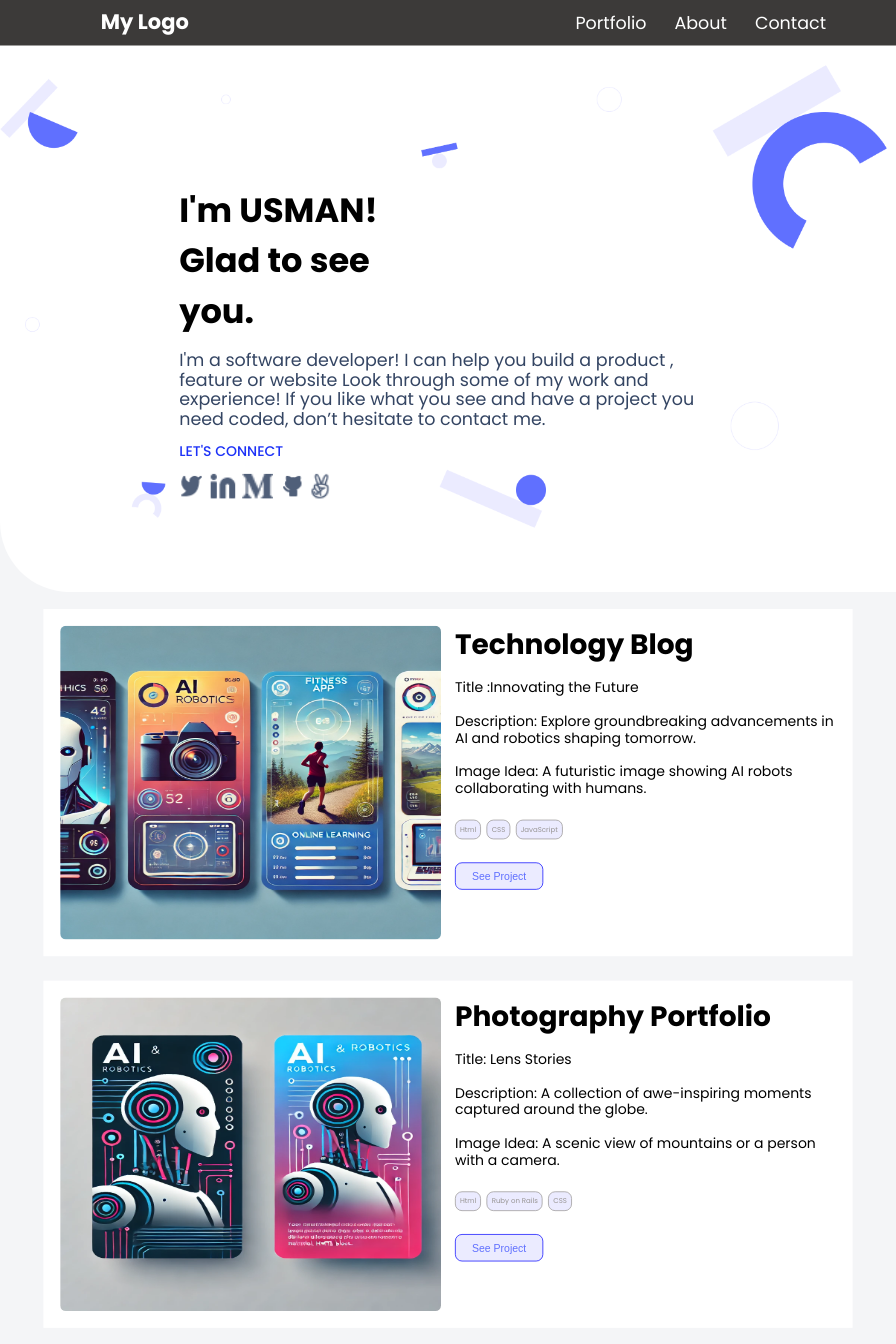
Repository: usman3123/portfolio-template-3
Page: index.html
An editor plug-in stored every save of this project. The page is shown before and after the next save, followed by the edit.
The browser window is 1280 px wide. The pictures show the part of the page from y = 0 to 1920 px (the page is 4307 px tall), at 70% of full size.
Some web libraries are served in a nearby version.

Above is the page before, as saved 2025-03-13 09:43:31.

After the next save:
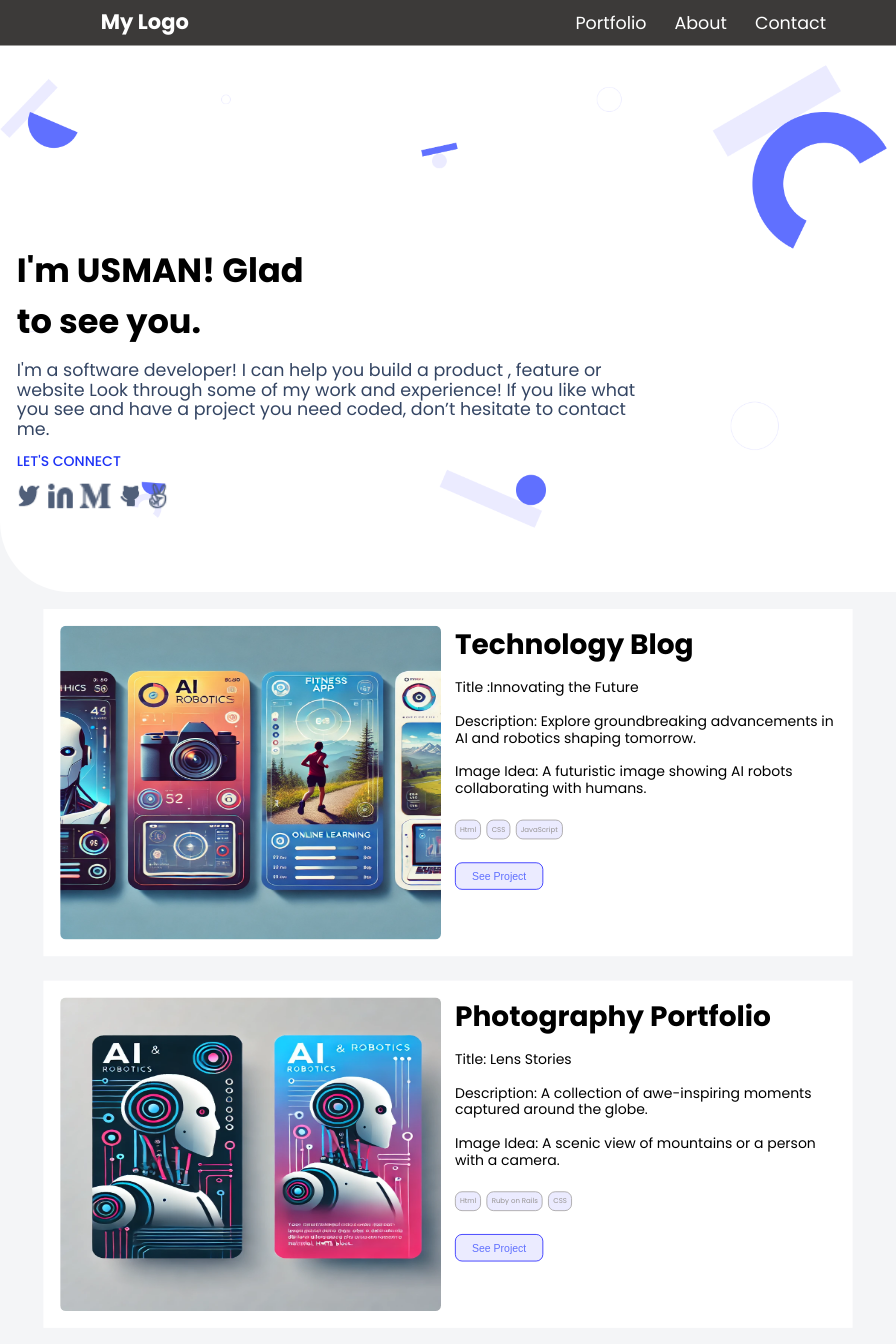
Saved 2 min 38 s later.
--- a/style.css
+++ b/style.css
@@ -118,7 +118,8 @@ bottom: 2500px;
     height: 846px;
     align-items: center;
     justify-content: center;
-    padding-left: 20%;
+    /* padding-left: 20%; */
+    padding: 6.25em 1.5em 0 1.5em
 }
 .hero-content {
     flex-direction: column;

After the save that followed:
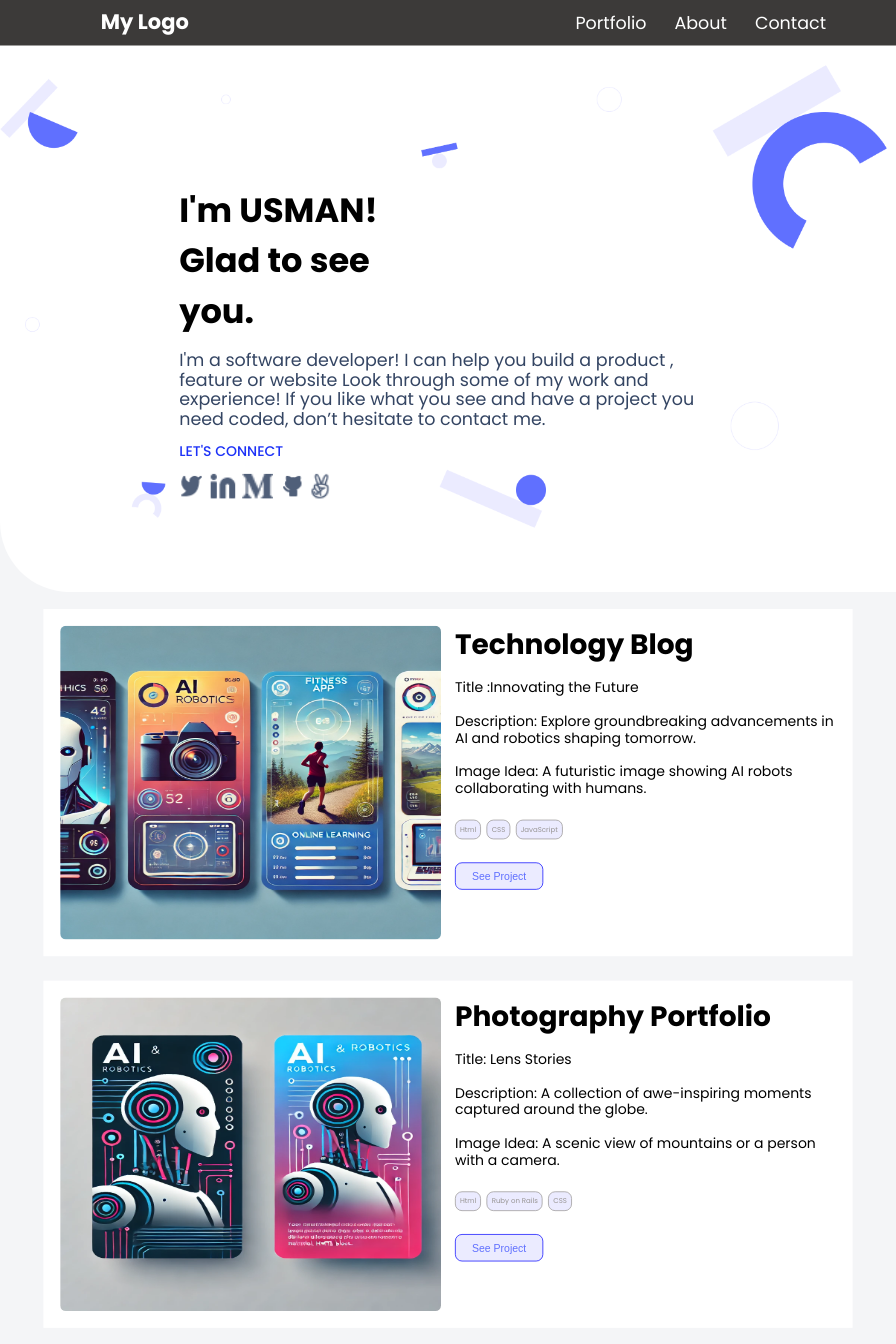
Saved 4 min 19 s later.
--- a/style.css
+++ b/style.css
@@ -118,8 +118,7 @@ bottom: 2500px;
     height: 846px;
     align-items: center;
     justify-content: center;
-    /* padding-left: 20%; */
-    padding: 6.25em 1.5em 0 1.5em
+    padding-left: 20%;
 }
 .hero-content {
     flex-direction: column;
